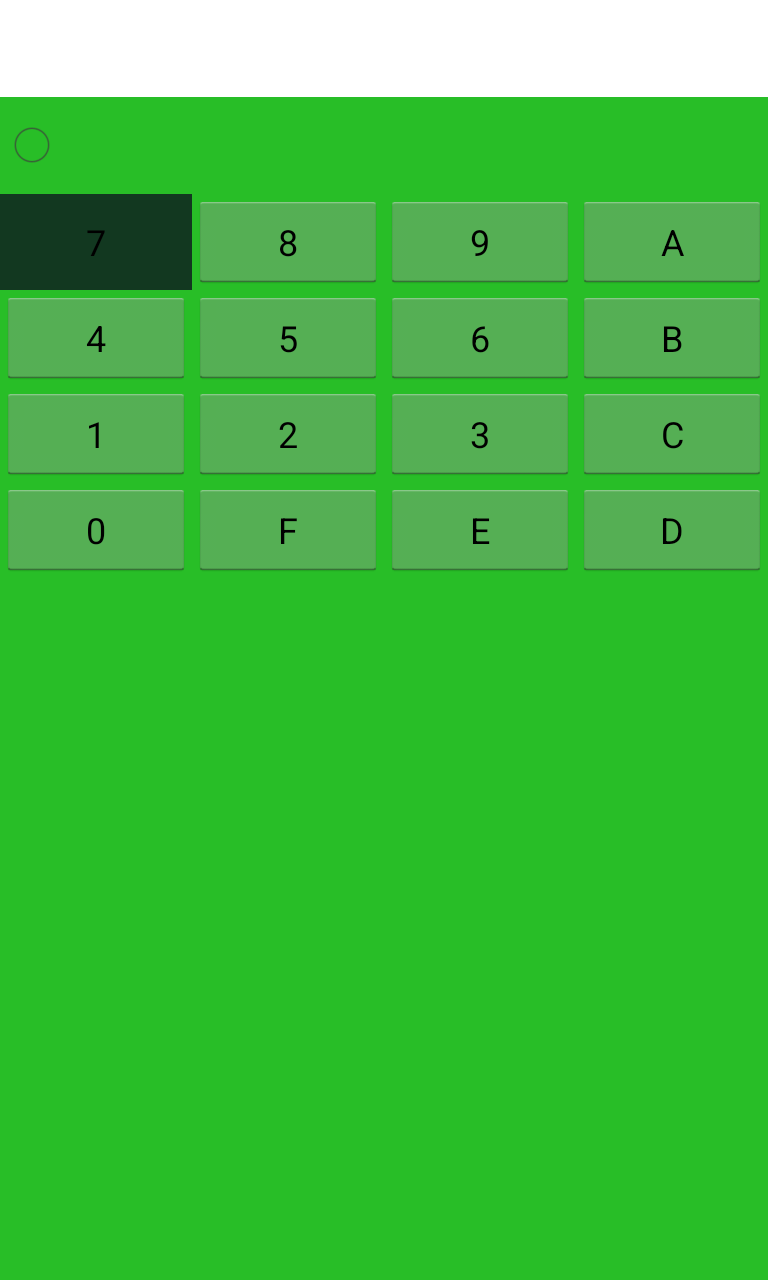
Repository: RamDion/BSIT_Calculator
Layout: CcsCalcu/res/layout/activity_calculator.xml
The author's editor kept a copy of each file at every save. The layout is drawn from the files as they stood at one save, then again after a run of saves.
It is drawn on a 768 x 1280 px phone screen (xhdpi) without system bars, with theme AppTheme; the app's code is not run.

Above is the layout before, as saved 2014-09-04 05:18:06.

### CcsCalcu/res/layout/activity_calculator.xml
    <TableLayout
        xmlns:android="http://schemas.android.com/apk/res/android"
    	xmlns:tools="http://schemas.android.com/tools"
        android:layout_width="fill_parent"
        android:layout_height="fill_parent"
        android:background="#28be27"
        android:layout_alignParentLeft="true"
        android:layout_alignParentTop="true"
        android:layout_alignParentRight="true"
        android:layout_alignParentBottom="true"
    tools:context="com.example.android_calc.MainActivity">

        <TableRow
            android:id="@+id/tableRow1"
            android:layout_width="fill_parent"
            android:layout_height="wrap_content"
             >

            <EditText
                android:id="@+id/calc_screen"
                android:background="#ffffff"
                android:layout_weight="1"
                android:layout_width="0dip"
                android:layout_height="wrap_content"
                android:textSize="36sp"
                android:inputType="none" >

            </EditText>

        </TableRow>

        <TableRow
            android:id="@+id/tableRow10"
            android:layout_width="fill_parent"
            android:layout_height="wrap_content"
             >

            <RadioButton

                android:background="#28be27"
                android:layout_weight="1"
                android:layout_width="0dip"
                android:layout_height="wrap_content"
                android:textSize="36sp"
                android:inputType="none" >

            </RadioButton>

        </TableRow>



        <TableRow
            android:id="@+id/tableRow2"
            android:layout_width="fill_parent"
            android:layout_height="wrap_content" >

            <Button
                android:id="@+id/seven"
                android:background="#123820"
                android:layout_width="0dip"
                android:layout_weight="0.25"
                android:layout_height="wrap_content"
                android:text="@string/seven" />

            <Button
                android:id="@+id/eight"
                android:layout_width="0dip"
                android:layout_weight="0.25"
                android:layout_height="wrap_content"
                android:text="@string/eight" />

            <Button
                android:id="@+id/nine"
                android:layout_width="0dip"
                android:layout_weight="0.25"
                android:layout_height="wrap_content"
                android:text="@string/nine" />

            <Button
                android:id="@+id/a"
                android:layout_width="0dip"
                android:layout_weight="0.25"
                android:layout_height="wrap_content"
                android:text="@string/a" />

        </TableRow>

        <TableRow
            android:id="@+id/tableRow3"
            android:layout_width="fill_parent"
            android:layout_height="wrap_content" >
             <Button
                android:id="@+id/four"
                android:layout_width="0dip"
                android:layout_weight="0.25"
                android:layout_height="wrap_content"
                android:text="@string/four" />

            <Button
                android:id="@+id/five"
                android:layout_width="0dip"
                android:layout_weight="0.25"
                android:layout_height="wrap_content"
                android:text="@string/five" />

            <Button
                android:id="@+id/six"
                android:layout_width="0dip"
                android:layout_weight="0.25"
                android:layout_height="wrap_content"
                android:text="@string/six" />

            <Button
                android:id="@+id/b"
                android:layout_width="0dip"
                android:layout_weight="0.25"
                android:layout_height="wrap_content"
                android:text="@string/b" />


        </TableRow>

        <TableRow
            android:id="@+id/tableRow4"
            android:layout_width="fill_parent"
            android:layout_height="wrap_content" >

            <Button
                android:id="@+id/one"
                android:layout_width="0dip"
                android:layout_weight="0.25"
                android:layout_height="wrap_content"
                android:text="@string/one" />

            <Button
                android:id="@+id/two"
                android:layout_width="0dip"
                android:layout_weight="0.25"
                android:layout_height="wrap_content"
                android:text="@string/two" />

            <Button
                android:id="@+id/three"
                android:layout_width="0dip"
                android:layout_weight="0.25"
                android:layout_height="wrap_content"
                android:text="@string/three" />

            <Button
                android:id="@+id/c"
                android:layout_width="0dip"
                android:layout_weight="0.25"
                android:layout_height="wrap_content"
                android:text="@string/c" />
        </TableRow>

         <TableRow
            android:id="@+id/tableRow5"
            android:layout_width="fill_parent"
            android:layout_height="wrap_content" >

            <Button
                android:id="@+id/zero"
                android:layout_width="0dip"
                android:layout_weight="0.25"
                android:layout_height="wrap_content"
                android:text="@string/zero" />

            <Button
                android:id="@+id/f"
                android:layout_width="0dip"
                android:layout_weight="0.25"
                android:layout_height="wrap_content"
                android:text="@string/f" />

            <Button
                android:id="@+id/e"
                android:layout_width="0dip"
                android:layout_weight="0.25"
                android:layout_height="wrap_content"
                android:text="@string/e" />

            <Button
                android:id="@+id/d"
                android:layout_width="0dip"
                android:layout_weight="0.25"
                android:layout_height="wrap_content"
                android:text="@string/d" />
        </TableRow>
    </TableLayout>

### CcsCalcu/res/values/strings.xml
<?xml version="1.0" encoding="utf-8"?>
<resources>

    <string name="app_name">CcsCalcu</string>
    <string name="action_settings">Settings</string>
    <string name="hello_world">BSIT</string>
    <string name="calcu">Calculator</string>
    <string name="title_activity_calculator">Calculator</string>
    <string name="clr">CLEAR</string>
    <string name="zero">0</string>
    <string name="one">1</string>
    <string name="two">2</string>
    <string name="three">3</string>
    <string name="four">4</string>
    <string name="five">5</string>
    <string name="six">6</string>
    <string name="seven">7</string>
    <string name="eight">8</string>
    <string name="nine">9</string>
    <string name="a">A</string>
    <string name="b">B</string>
    <string name="c">C</string>
    <string name="d">D</string>
    <string name="e">E</string>
    <string name="f">F</string>
    <string name="binary">Binary</string>
    <string name="octal">Octal</string>
    <string name="decimal">Decimal</string>
    <string name="hexa">Hexadecimal</string>
    <string name="title_activity_egapos">EGapos</string>

</resources>

Loaded but not shown: CcsCalcu/res/values/styles.xml (common file); CcsCalcu/res/values-v11/styles.xml (common file); CcsCalcu/res/values-v14/styles.xml (common file)

After the next 2 saves:
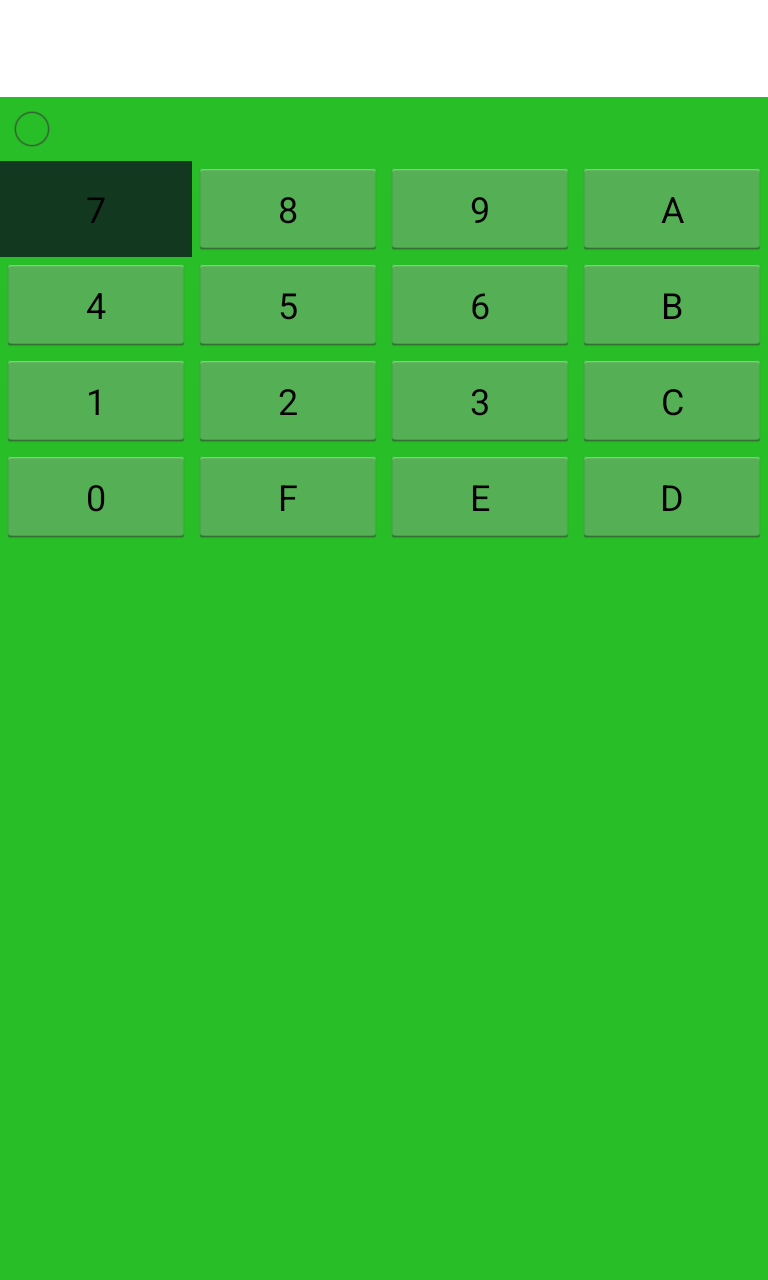
The 2 saves are shown as one change because they came seconds apart.
The last was saved 28 s later.
--- a/CcsCalcu/res/layout/activity_calculator.xml
+++ b/CcsCalcu/res/layout/activity_calculator.xml
@@ -41,8 +41,7 @@
                 android:layout_weight="1"
                 android:layout_width="0dip"
                 android:layout_height="wrap_content"
-                android:textSize="36sp"
-                android:inputType="none" >
+                 >
 
             </RadioButton>
 
